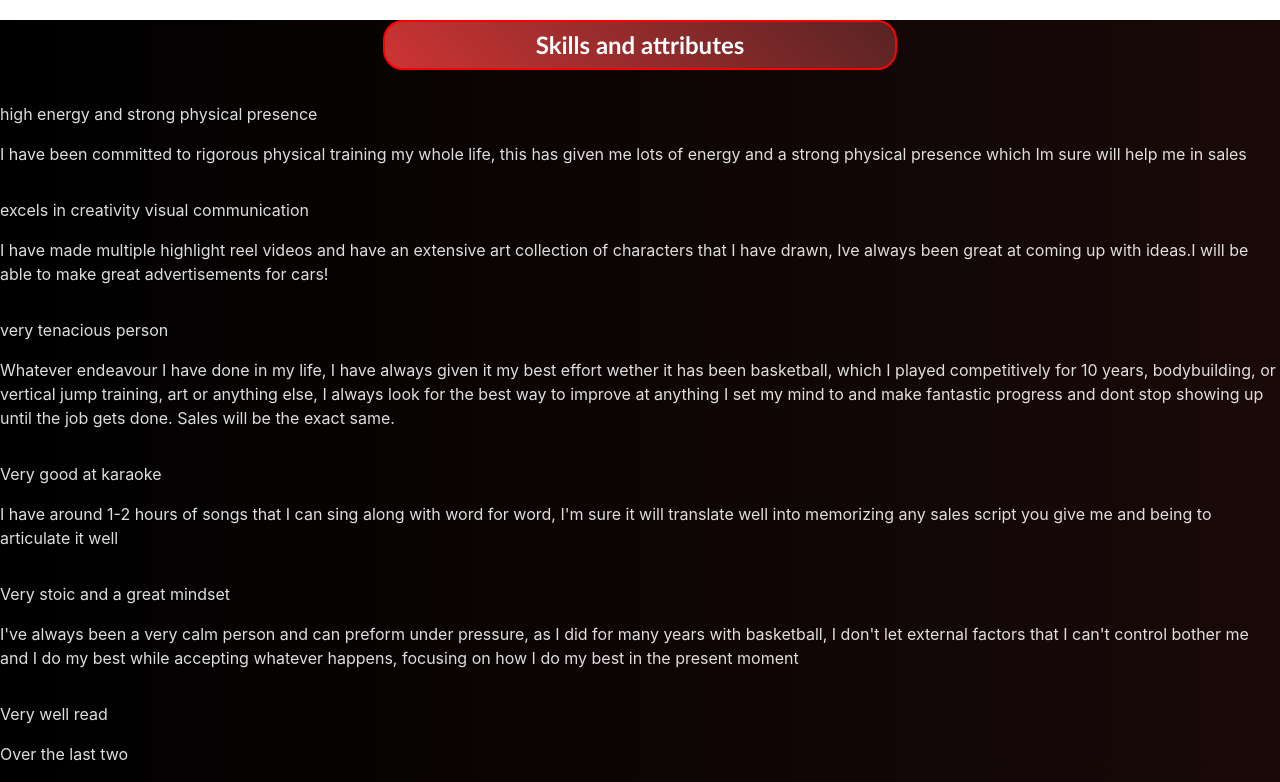
Repository: TMuse333/resume1
Page: /
An editor plug-in stored every save of this project. The page is shown before and after the next save, followed by the edit.
The browser window is 1280 px wide. The pictures show the whole page.
The project was rebuilt for these pictures with package versions that can differ from the ones it lists, and the page was loaded fresh each time. Also part of the build but not shown: vite.config.js, src/components/navbar.jsx, src/components/about.jsx, src/components/contact.jsx, src/components/footer.jsx, src/components/experience.jsx, src/components/carousel.jsx, src/components/experienceCarousel.jsx and 4 more. Imported but missing from the stored project, and not drawn on this page: src/images/best_dunk.mp4.

Above is the page before, as saved 2023-10-18 15:03:41.

After the next save:
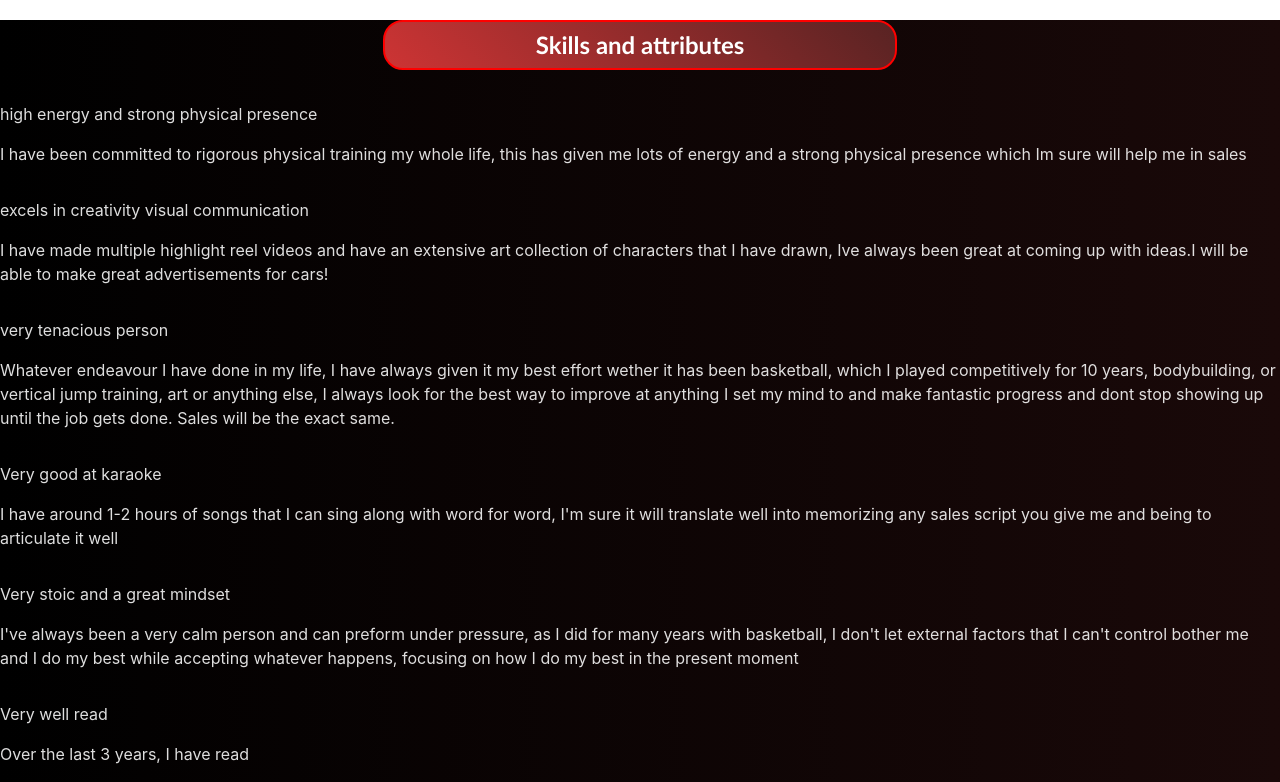
Saved 8 s later.
--- a/src/components/skillDesc.js
+++ b/src/components/skillDesc.js
@@ -244,7 +244,7 @@ export const attributes = [
   },
   {
     name:'Very well read',
-    description:'Over the last two'
+    description:'Over the last 3 years, I have read '
   }
 
 ]
